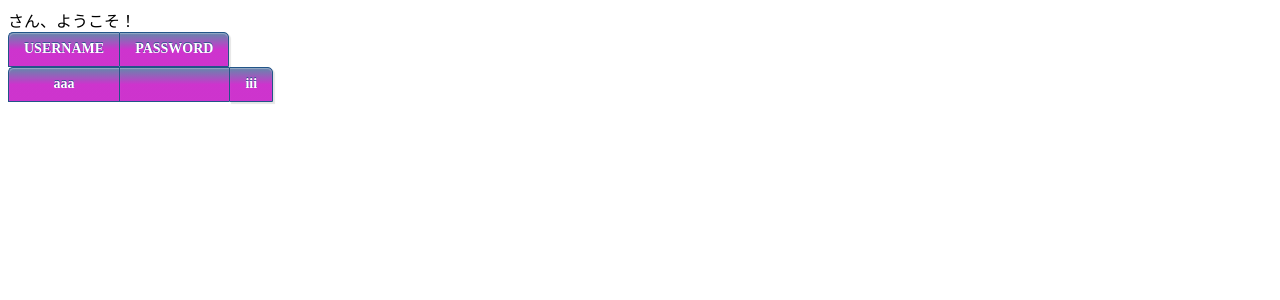
Repository: fujita0830/learning
Page: http://localhost/WebProj4/login.jsp
An editor plug-in stored every save of this project. The page is shown before and after the next save, followed by the edit.
The browser window is 1280 px wide. The pictures show the whole page.
The page is served by Tomcat 9.

Above is the page before, as saved 2018-12-27 01:05:12.

After the next save:
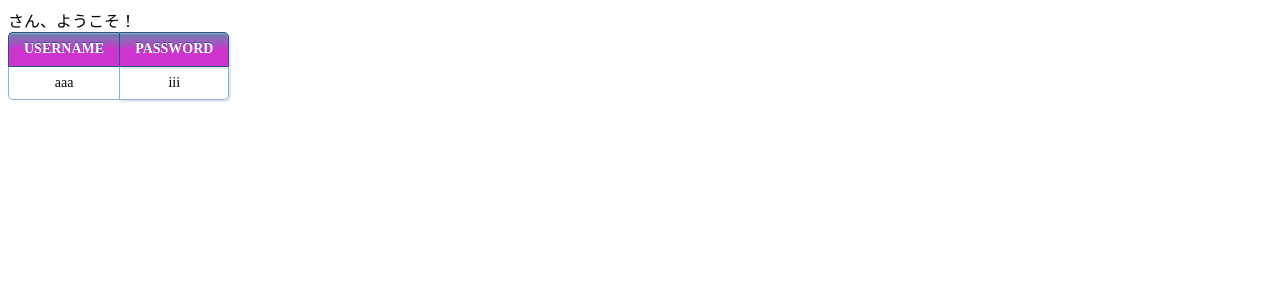
Saved 93 s later.
--- a/WebProj4/WebContent/login.jsp
+++ b/WebProj4/WebContent/login.jsp
@@ -20,8 +20,8 @@
   <th>PASSWORD</th>
 </tr>
 <tr>
- <th>aaa<th>
- <th>iii</th>
+ <td>aaa</td>
+ <td>iii</td>
 </tr>
 </tbody>
 </table>
